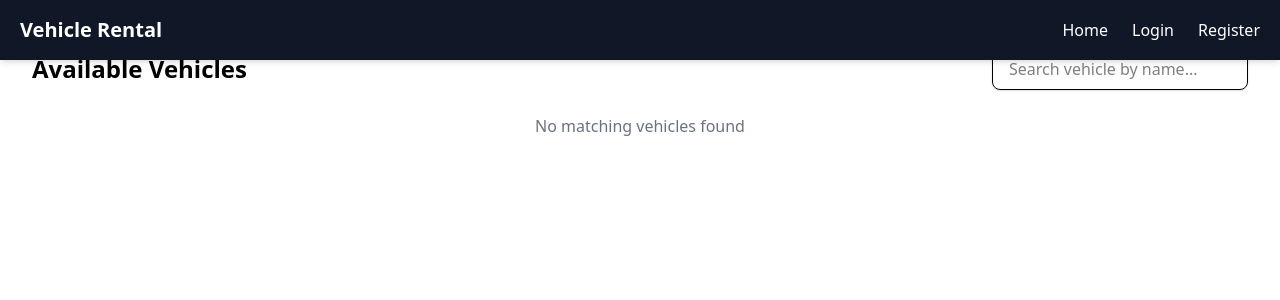
Repository: Sugan-g/vehicle-rental-system
Page: / (app in frontend/)
These files come from the project's save history. The page is drawn as it stood at one moment and after a run of saves; the edit follows.
The browser window is 1280 px wide. The pictures show the whole page.
The page's requests for data from a server got no answer. The project was rebuilt for these pictures with package versions that can differ from the ones it lists, and the page was loaded fresh each time. No one was signed in, and anything a server would have sent is missing. Also part of the build but not shown: frontend/vite.config.js, frontend/src/components/VehicleCard.jsx, frontend/src/components/BookingForm.jsx, frontend/src/components/ReviewForm.jsx, frontend/src/pages/VehiclePage.jsx, frontend/src/pages/LoginPage.jsx, frontend/src/pages/RegisterPage.jsx, frontend/src/pages/RentalHistoryPage.jsx and 7 more.

Above is the page before, as saved 2025-11-17 10:50:30.

After the next 2 saves:
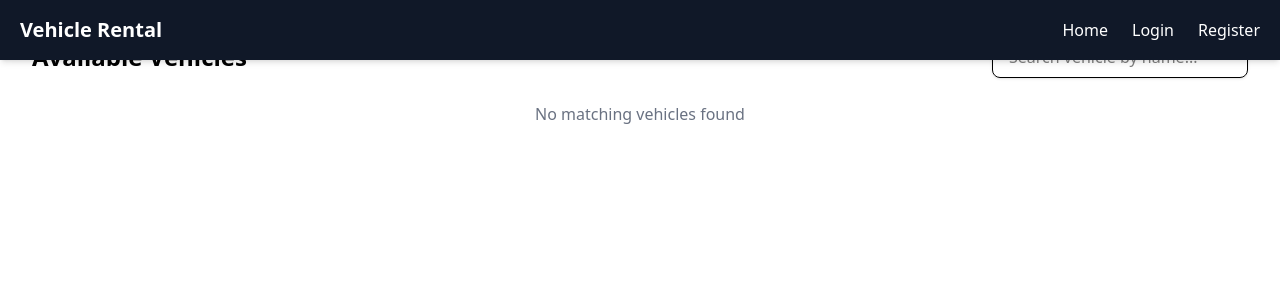
The 2 saves are shown as one change because they came seconds apart.
The last was saved 2 min 2 s later.
--- a/frontend/src/pages/HomePage.jsx
+++ b/frontend/src/pages/HomePage.jsx
@@ -44,7 +44,7 @@ export default function HomePage() {
     }
 
     return (
-        <div className="max-w-7xl mx-auto px-4 sm:px-6 lg:px-8 py-8">
+        <div className="max-w-7xl mx-auto px-4 sm:px-6 lg:px-8 py-8 pt-5">
 
             {/* Title + Search beside each other */}
             <div className="flex flex-col md:flex-row md:items-center md:justify-between pt-4 mb-6">
